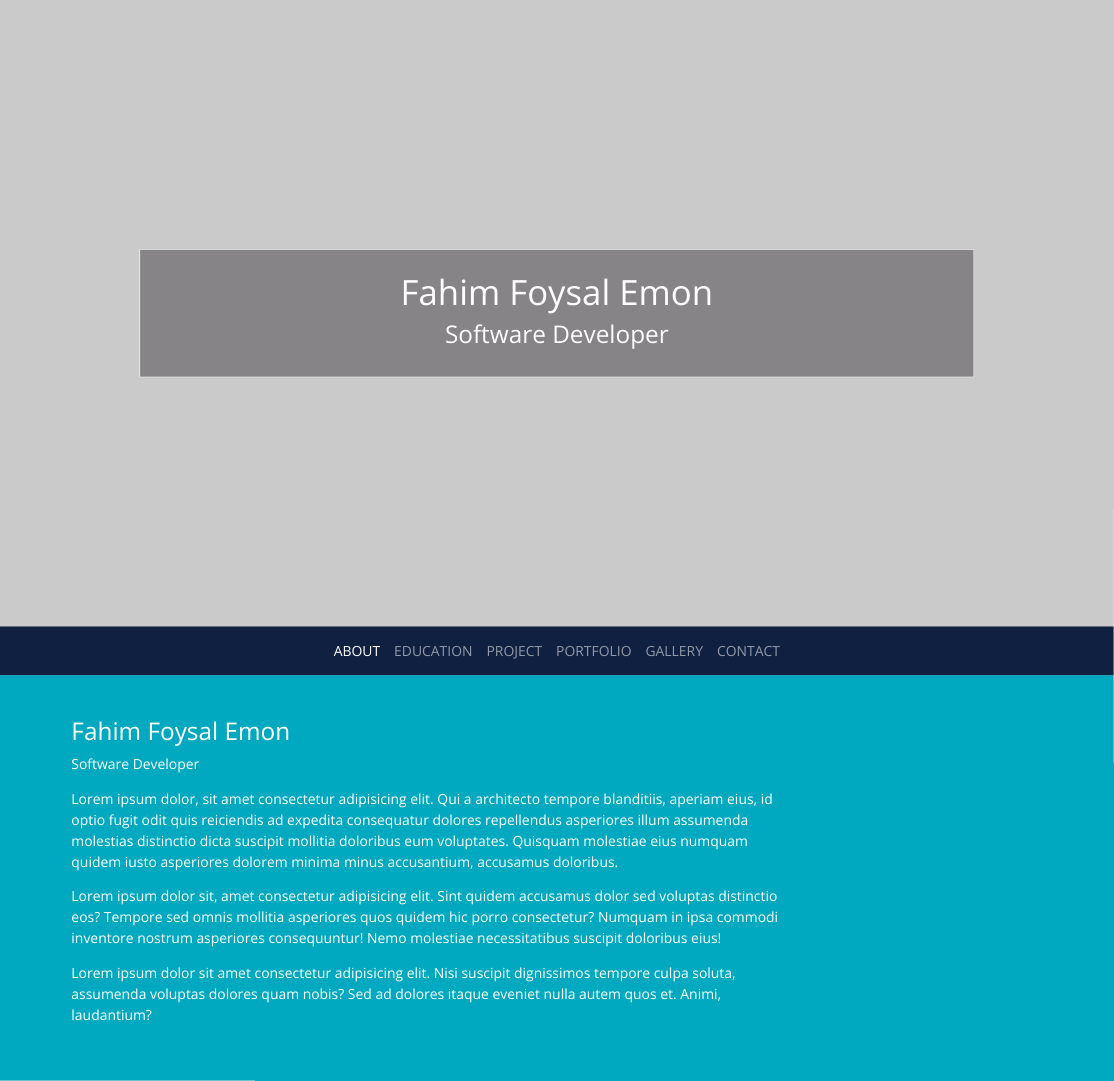
Repository: emowzz/emowzz.github.io
Page: index.html
An editor plug-in stored every save of this project. The page is shown before and after the next save, followed by the edit.
The browser window is 1280 px wide. The pictures show the whole page, at 87% of full size.
Some web libraries are served in a nearby version.

Above is the page before, as saved 2021-03-17 18:03:43.

### index.html
<!doctype html>
<html lang="en">

<head>
  <!-- Required meta tags -->
  <meta charset="utf-8">
  <meta name="viewport" content="width=device-width, initial-scale=1">
  <link rel="shortcut icon" type="image/png" href="./Image/myImgZoom.jpg">
  <!-- Bootstrap CSS -->
  <link href="https://cdn.jsdelivr.net/npm/bootstrap@5.0.0-beta2/dist/css/bootstrap.min.css" rel="stylesheet"
    integrity="sha384-BmbxuPwQa2lc/FVzBcNJ7UAyJxM6wuqIj61tLrc4wSX0szH/Ev+nYRRuWlolflfl" crossorigin="anonymous">
  <link rel="preconnect" href="https://fonts.gstatic.com">
  <link href="https://fonts.googleapis.com/css2?family=Open+Sans:wght@300&display=swap" rel="stylesheet">
  <link rel="stylesheet" href="./CSS/style.css">


  <title>Hi There, I'm Fahim Foysal Emon!</title>

  <script src="https://kit.fontawesome.com/a076d05399.js" crossorigin="anonymous"></script>
</head>

<body>

  <!-- this is banner section -->
  <section class="banner-container container-fluid">
    <div class="row vh-100">
      <div class="col-md-9 banner-column m-auto text-center text-white p-4 border border-light">
        <h1 class="display:4 font-weight:bolder">Fahim Foysal Emon</h1>
        <h3>Software Developer</h3>
      </div>
    </div>
  </section>

  <!-- this is nav-bar section -->
  <nav class="navbar navbar-expand-lg navbar-dark navbar-container">
    <div class="container-fluid">
      <button class="navbar-toggler" type="button" data-bs-toggle="collapse" data-bs-target="#navbarSupportedContent"
        aria-controls="navbarSupportedContent" aria-expanded="false" aria-label="Toggle navigation">
        <span class="navbar-toggler-icon"></span>
      </button>
      <div class="collapse navbar-collapse" id="navbarSupportedContent">
        <ul class="navbar-nav m-auto mb-2 mb-lg-0">
          <li class="nav-item">
            <a class="nav-link active" aria-current="page" href="#About">ABOUT</a>
          </li>
          <li class="nav-item">
            <a class="nav-link" href="#Education">EDUCATION</a>
          </li>
          <li class="nav-item">
            <a class="nav-link" href="#Project">PROJECT</a>
          </li>
          <li class="nav-item">
            <a class="nav-link" href="#Portfolio">PORTFOLIO</a>
          </li>
          <li class="nav-item">
            <a class="nav-link" href="#Gallery">GALLERY</a>
          </li>
          <li class="nav-item">
            <a class="nav-link" href="#Contact">CONTACT</a>
          </li>
        </ul>
      </div>
    </div>
  </nav>

  <!-- this is about section -->
  <div class="about-container">
    <div class="container">
      <div class="row">
        <div class="col-md-9 py-5 text-white">
          <h3>Fahim Foysal Emon</h3>
          <p>Software Developer</p>
          <p>Lorem ipsum dolor, sit amet consectetur adipisicing elit. Qui a architecto tempore blanditiis, aperiam
            eius, id optio fugit odit quis reiciendis ad expedita consequatur dolores repellendus asperiores illum
            assumenda molestias distinctio dicta suscipit mollitia doloribus eum voluptates. Quisquam molestiae eius
            numquam quidem iusto asperiores dolorem minima minus accusantium, accusamus doloribus.</p>
          <p>Lorem ipsum dolor sit, amet consectetur adipisicing elit. Sint quidem accusamus dolor sed voluptas
            distinctio eos? Tempore sed omnis mollitia asperiores quos quidem hic porro consectetur? Numquam in ipsa
            commodi inventore nostrum asperiores consequuntur! Nemo molestiae necessitatibus suscipit doloribus eius!
          </p>
          <p>
            Lorem ipsum dolor sit amet consectetur adipisicing elit. Nisi suscipit dignissimos tempore culpa soluta,
            assumenda voluptas dolores quam nobis? Sed ad dolores itaque eveniet nulla autem quos et. Animi, laudantium?
          </p>
        </div>

        <div class="col-md-3">

        </div>
      </div>
    </div>
  </div>

  <!-- Optional JavaScript; choose one of the two! -->

  <!-- Option 1: Bootstrap Bundle with Popper -->
  <script src="https://cdn.jsdelivr.net/npm/bootstrap@5.0.0-beta2/dist/js/bootstrap.bundle.min.js"
    integrity="sha384-b5kHyXgcpbZJO/tY9Ul7kGkf1S0CWuKcCD38l8YkeH8z8QjE0GmW1gYU5S9FOnJ0"
    crossorigin="anonymous"></script>

  <!-- Option 2: Separate Popper and Bootstrap JS -->
  <!--
    <script src="https://cdn.jsdelivr.net/npm/@popperjs/core@2.6.0/dist/umd/popper.min.js" integrity="sha384-KsvD1yqQ1/1+IA7gi3P0tyJcT3vR+NdBTt13hSJ2lnve8agRGXTTyNaBYmCR/Nwi" crossorigin="anonymous"></script>
    <script src="https://cdn.jsdelivr.net/npm/bootstrap@5.0.0-beta2/dist/js/bootstrap.min.js" integrity="sha384-nsg8ua9HAw1y0W1btsyWgBklPnCUAFLuTMS2G72MMONqmOymq585AcH49TLBQObG" crossorigin="anonymous"></script>
    -->
</body>

</html>

### CSS/style.css
body {
    font-family: 'Open Sans', sans-serif;
}


.banner-container {
    background-color: #CACACA;
}

.banner-column {
    background-color: #868486;
}

.navbar-container {
    background-color: #102040;
}

.about-container {
    background-color: #00A9C0;
}

After the next save:
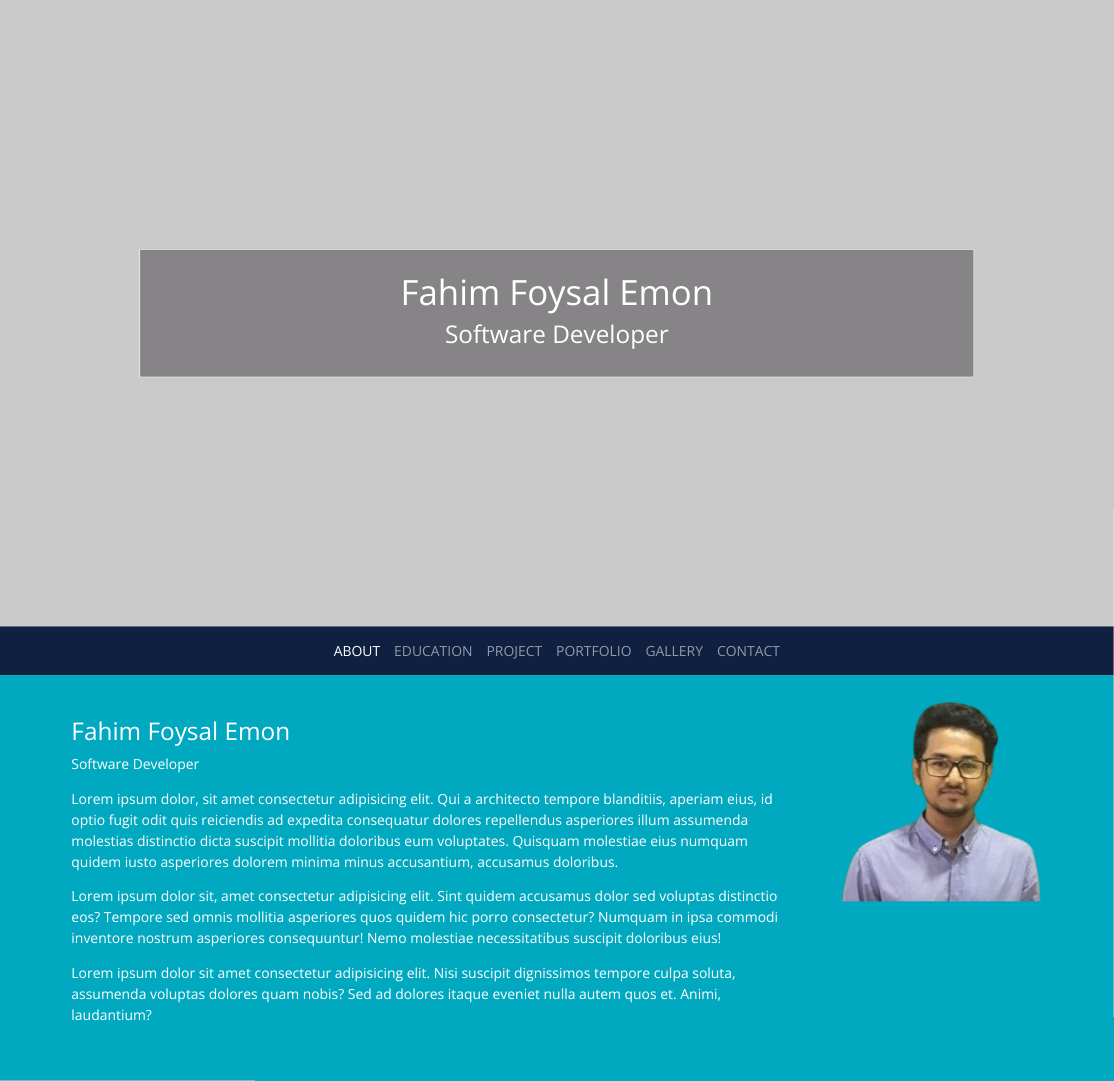
Saved 119 s later.
--- a/index.html
+++ b/index.html
@@ -85,7 +85,7 @@
         </div>
 
         <div class="col-md-3">
-
+          <img src="/Image/myImg.png" alt="">
         </div>
       </div>
     </div>
